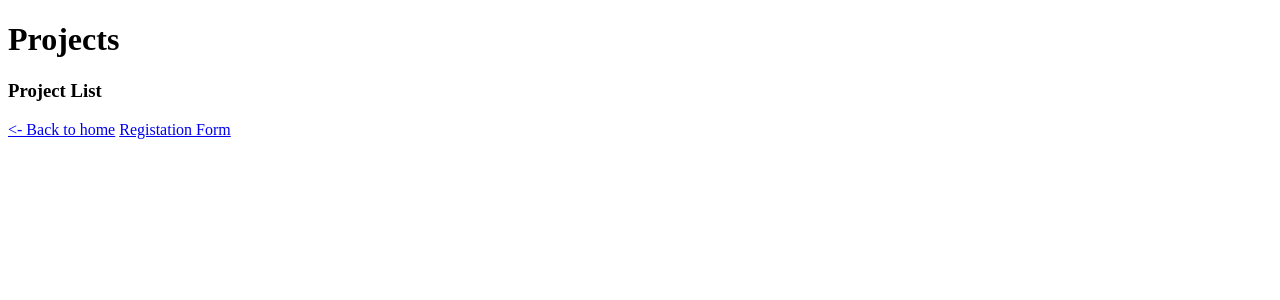
Repository: Kiyotaka-Ayanak0ji/wd201
Page: wd201/http-server/project.html
These files come from the project's save history. The page is drawn as it stood at one moment and after the next save; the edit follows.
The browser window is 1280 px wide. The pictures show the whole page.

Above is the page before, as saved 2023-11-26 05:38:51.

### wd201/http-server/project.html
<!-- project.html -->
<!DOCTYPE html>
<html>
   <head>
      <meta charset="UTF-8">
      <title>My Project</title>
   </head>
   <body>
      <h1>Projects</h1>
      <h3>Project List</h3>
      <a href="/">&lt;- Back to home</a>
      <a href= "./registration">Registation Form</a>
   </body>
</html>

After the next save:
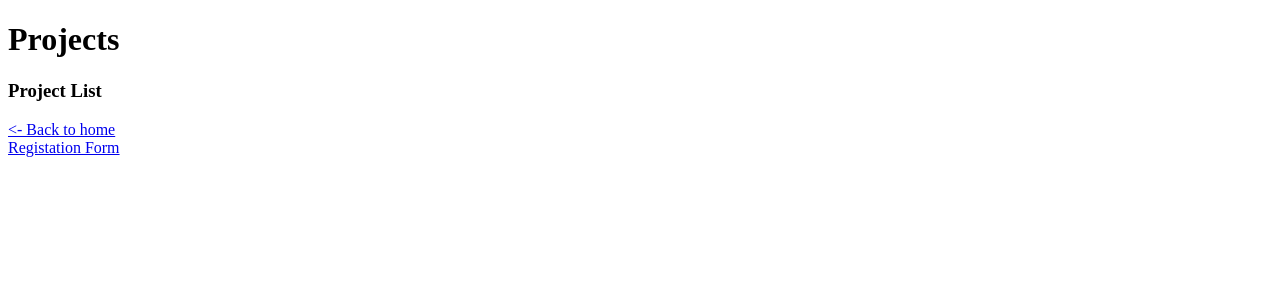
Saved 34 s later.
--- a/wd201/http-server/project.html
+++ b/wd201/http-server/project.html
@@ -8,7 +8,7 @@
    <body>
       <h1>Projects</h1>
       <h3>Project List</h3>
-      <a href="/">&lt;- Back to home</a>
+      <a href="/">&lt;- Back to home</a><br>
       <a href= "./registration">Registation Form</a>
    </body>
 </html>

After the save that followed:
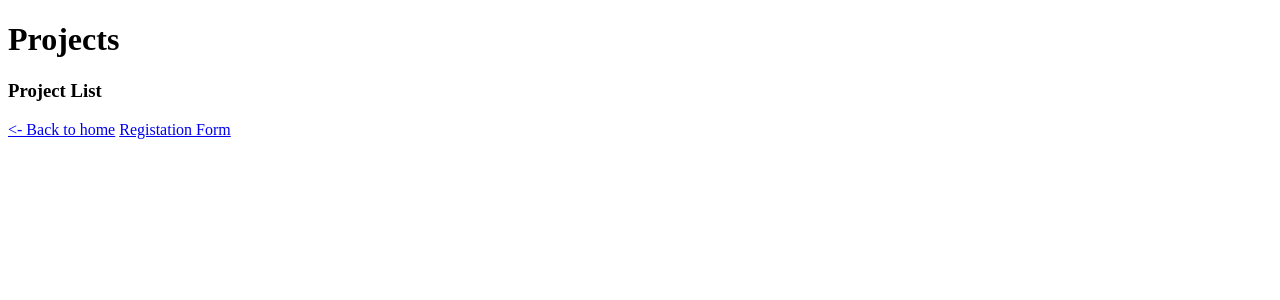
Saved 42 s later.
--- a/wd201/http-server/project.html
+++ b/wd201/http-server/project.html
@@ -8,7 +8,7 @@
    <body>
       <h1>Projects</h1>
       <h3>Project List</h3>
-      <a href="/">&lt;- Back to home</a><br>
-      <a href= "./registration">Registation Form</a>
+      <a href="/">&lt;- Back to home</a>
+      <a style= "margin-top: 100px;" href= "./registration">Registation Form</a>
    </body>
 </html>
